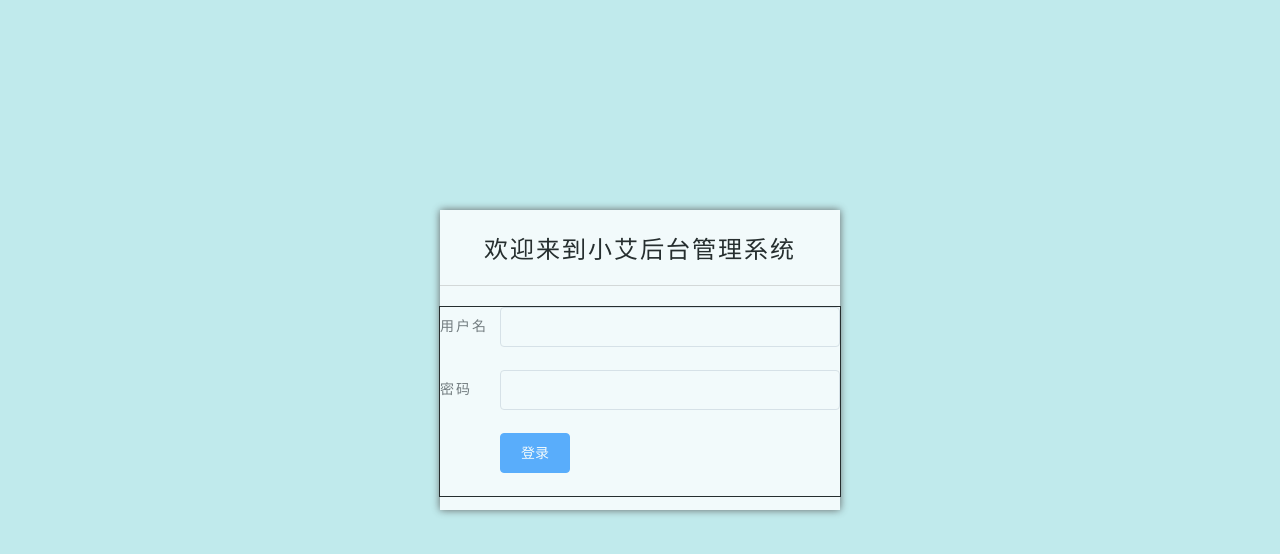
Repository: noob-injoker/router-slots-cw-ee
Page: /Login
The author's editor kept a copy of each file at every save. The page is drawn from the files as they stood at one save, then again after the next save.
The browser window is 1280 px wide. The pictures show the whole page.
The project was rebuilt for these pictures with package versions that can differ from the ones it lists, and the page was loaded fresh each time. Also part of the build but not shown: vue.config.js, src/views/Home.vue, src/views/Layout.vue.

Above is the page before, as saved 2020-08-29 21:09:40.

After the next save:
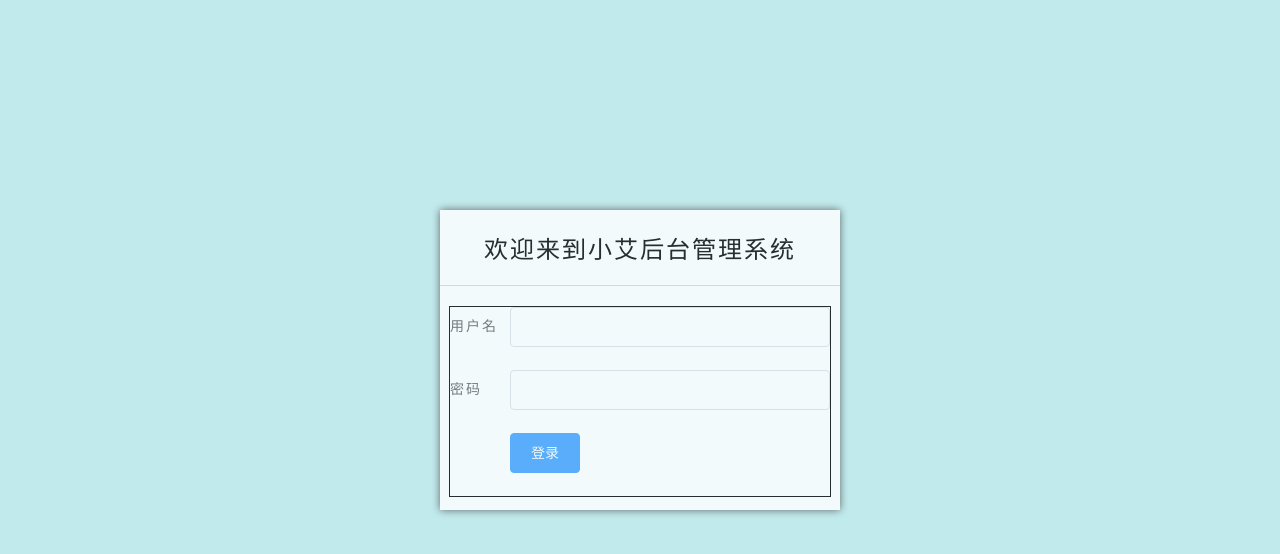
Saved 8 s later.
--- a/src/views/Login.vue
+++ b/src/views/Login.vue
@@ -108,7 +108,7 @@ export default {
 
 <style lang="scss" scoped>
 .form-box{
-  width: 400px;
+  width: 380px;
 }
 .line {
   text-align: left !important;
